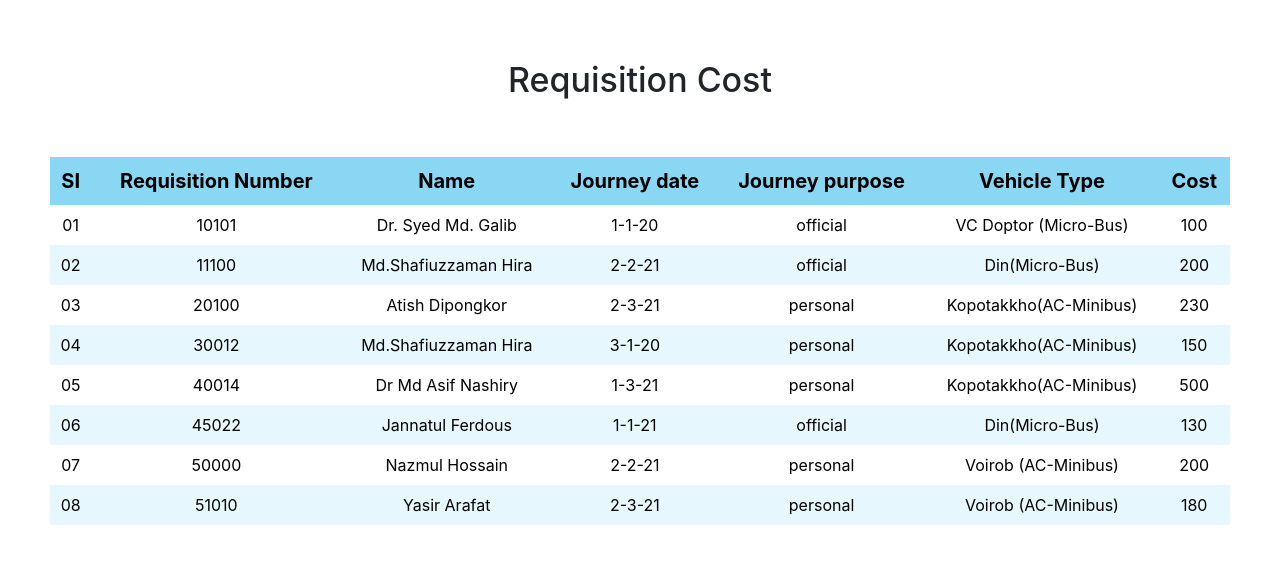
Repository: SMJNayeem/just-vms_project
Page: Front-End/html/Admin_cost.html
These files come from the project's save history. The page is drawn as it stood at one moment and after the next save; the edit follows.
The browser window is 1280 px wide. The pictures show the whole page.

Above is the page before, as saved 2021-03-26 12:33:37.

After the next save:
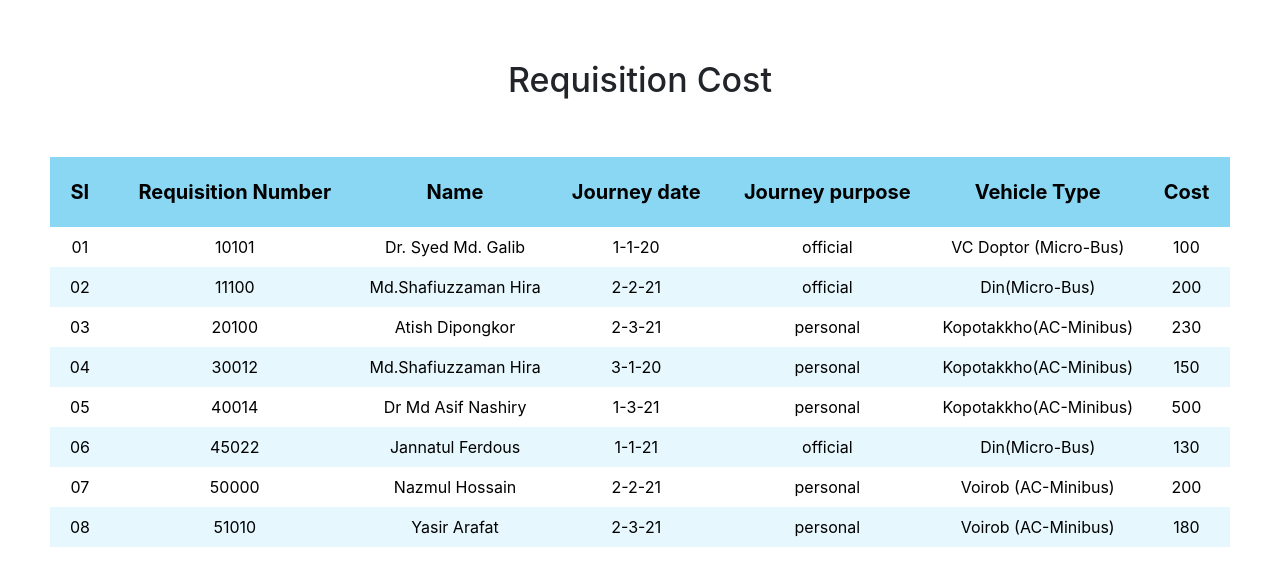
Saved 95 s later.
--- a/Front-End/css/Admin_cost.css
+++ b/Front-End/css/Admin_cost.css
@@ -33,7 +33,7 @@ table{
 table thead th{
 	border: 20px;
 	color: black;
-	padding: 9px;
+	padding: 20px;
 	font-size: 20px;
 	text-align: center;
 }
